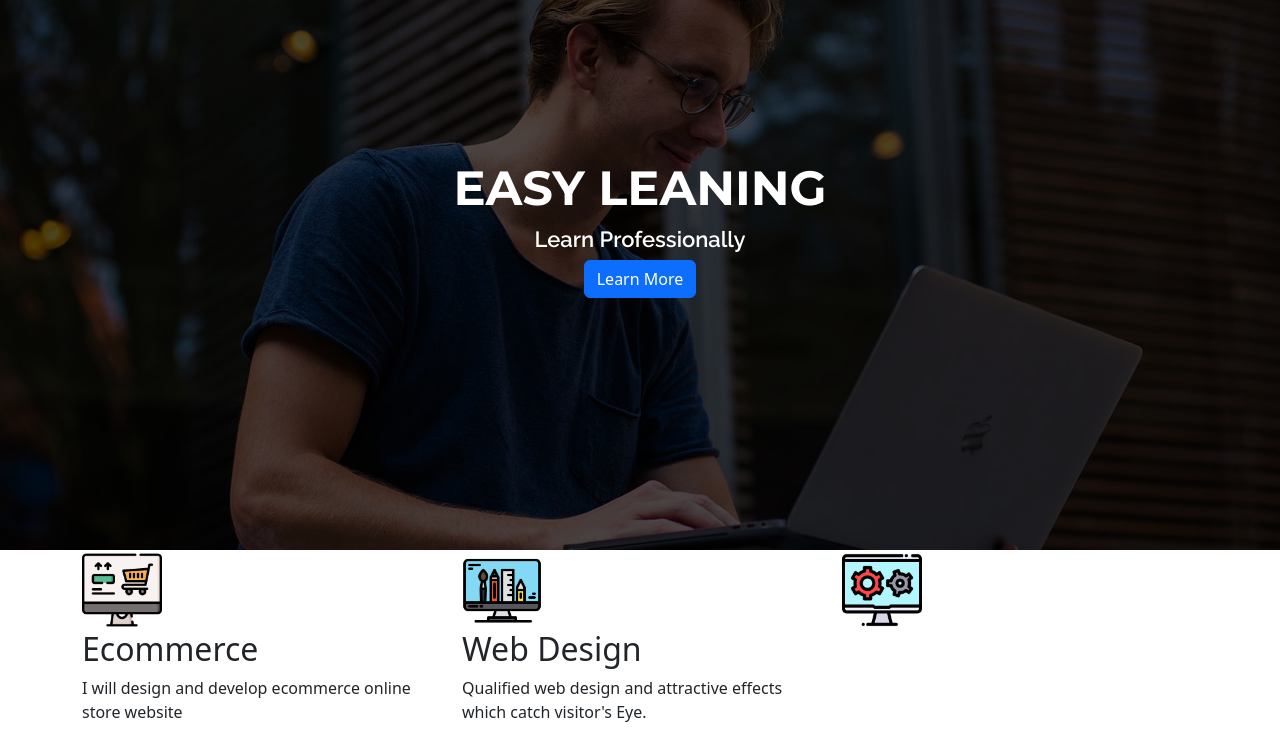
Repository: masamichan/free_video_app
Page: /
The author's editor kept a copy of each file at every save. The page is drawn from the files as they stood at one save, then again after the next save.
The browser window is 1280 px wide. The pictures show the whole page.
Backgrounds fixed to the window are drawn as part of the page. The project was rebuilt for these pictures with package versions that can differ from the ones it lists, and the page was loaded fresh each time.

Above is the page before, as saved 2023-01-22 11:46:46.

After the next save:
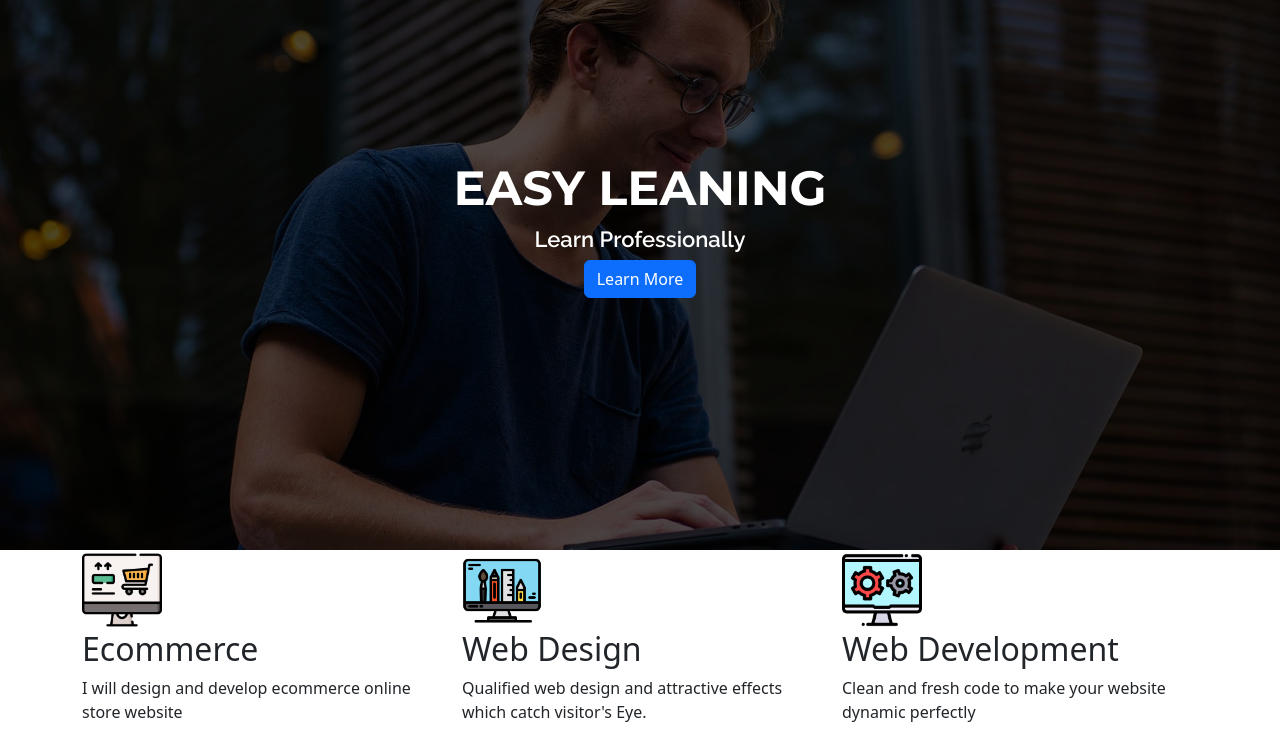
Saved 2 min 40 s later.
--- a/src/components/Services/Services.jsx
+++ b/src/components/Services/Services.jsx
@@ -30,6 +30,10 @@ export class Services extends Component {
             <Col lg={4} md={6} sm={12}>
               <div>
                 <img className="webIcon" src={webIcon} />
+                <h2>Web Development</h2>
+                <p>
+                  Clean and fresh code to make your website dynamic perfectly
+                </p>
               </div>
             </Col>
           </Row>
